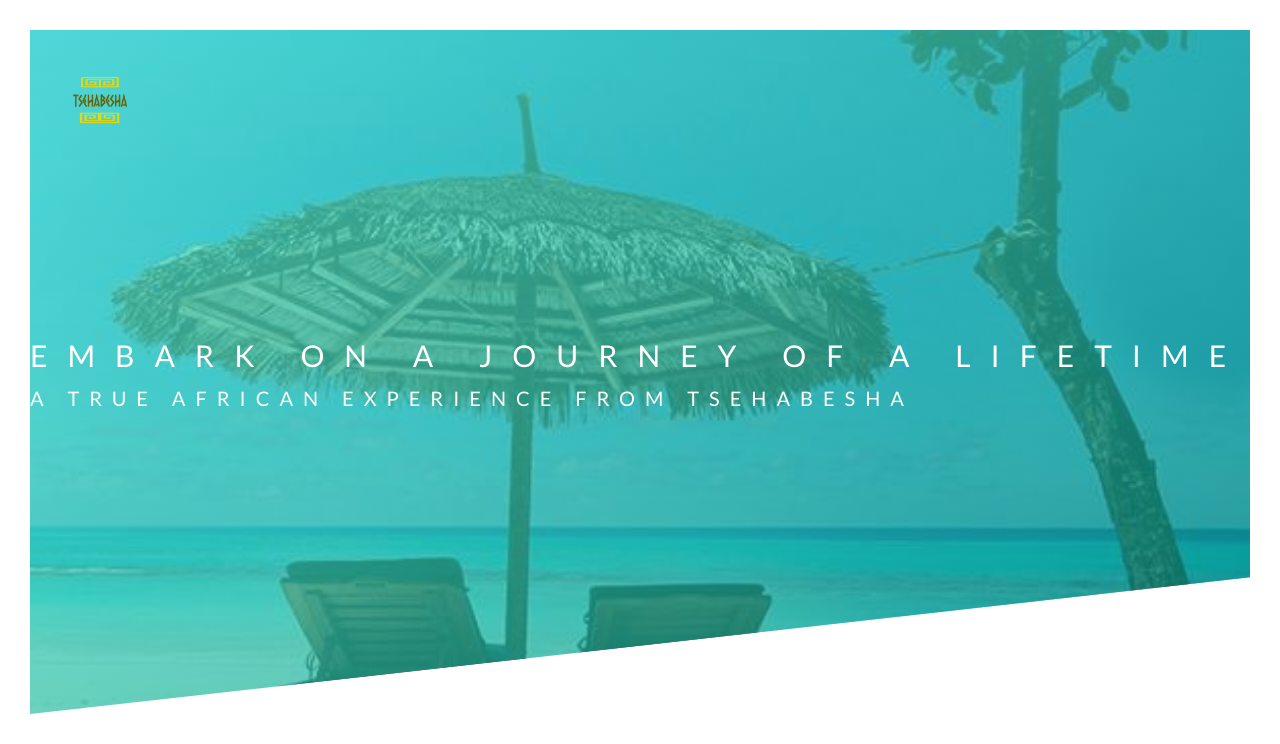
Repository: Azariagmt/tour-and-travel
Page: index.html
An editor plug-in stored every save of this project. The page is shown before and after a run of saves, followed by the edit.
The browser window is 1280 px wide. The pictures show the whole page.

Above is the page before, as saved 2020-03-24 17:10:47.

### index.html
<!DOCTYPE html>
<!--[if lt IE 7]>      <html class="no-js lt-ie9 lt-ie8 lt-ie7"> <![endif]-->
<!--[if IE 7]>         <html class="no-js lt-ie9 lt-ie8"> <![endif]-->
<!--[if IE 8]>         <html class="no-js lt-ie9"> <![endif]-->
<!--[if gt IE 8]><!--> <html class="no-js"> <!--<![endif]-->
    <head>
        <meta charset="utf-8">
        <meta http-equiv="X-UA-Compatible" content="IE=edge">
        <title></title>
        <meta name="description" content="">
        <meta name="viewport" content="width=device-width, initial-scale=1">
        <link href="https://fonts.googleapis.com/css?family=Lato&display=swap" rel="stylesheet">
        <link rel="stylesheet" href="css/style.css">
    </head>
    <body>
        <!--[if lt IE 7]>
            <p class="browsehappy">You are using an <strong>outdated</strong> browser. Please <a href="#">upgrade your browser</a> to improve your experience.</p>
        <![endif]-->
        <header class="header">
            <div class="logo-box">
                <img src="img/tsehabesha-logo.png" alt="Logo" class="logo">
            </div>
            <div class="text-box">
                <h1 class="heading-primary">
                    <span class="heading-primary-main">
                        embark on a journey of a lifetime
                    </span>
                    <span class="heading-primary-sub">
                        a true african experience from tsehabesha
                    </span>
                </h1>
            </div>
        </header>
        <script src="" async defer></script>
    </body>
</html>

### css/style.css
* {
  margin: 0;
  padding: 0;
  box-sizing: border-box;
}

body {
  font-family: "Lato", sans-serif;
  font-weight: 400;
  font-size: 16px;
  line-height: 1.7;
  color: #777777;
  padding: 30px;
}

.header {
  height: 95vh;
  background-image: linear-gradient(to right bottom, #64ffdbb9, #00897bb9),
    url(../img/2.jpg);
  background-size: cover;
  background-position: top;
  clip-path: polygon(0 0, 100% 0, 100% 80%, 0% 100%);
  position: relative;
}

.logo-box {
  position: absolute;
  top: 40px;
  left: 40px;
}

.logo {
  height: 60px;
}
.text-box {
  position: absolute;
  top: 50%;
  transform: translate(0,-50%);
}
.heading-primary {
  color: white;
  text-transform: uppercase;
  /* line-height: 95vh; */
}

.heading-primary-main {
  display: block;
  font-size: 30px;
  font-weight: 400;
  letter-spacing: 20px;
}

.heading-primary-sub {
  display: block;
  font-size: 20px;
  font-weight: 400;
  letter-spacing: 10px;
}

After the next 2 saves:
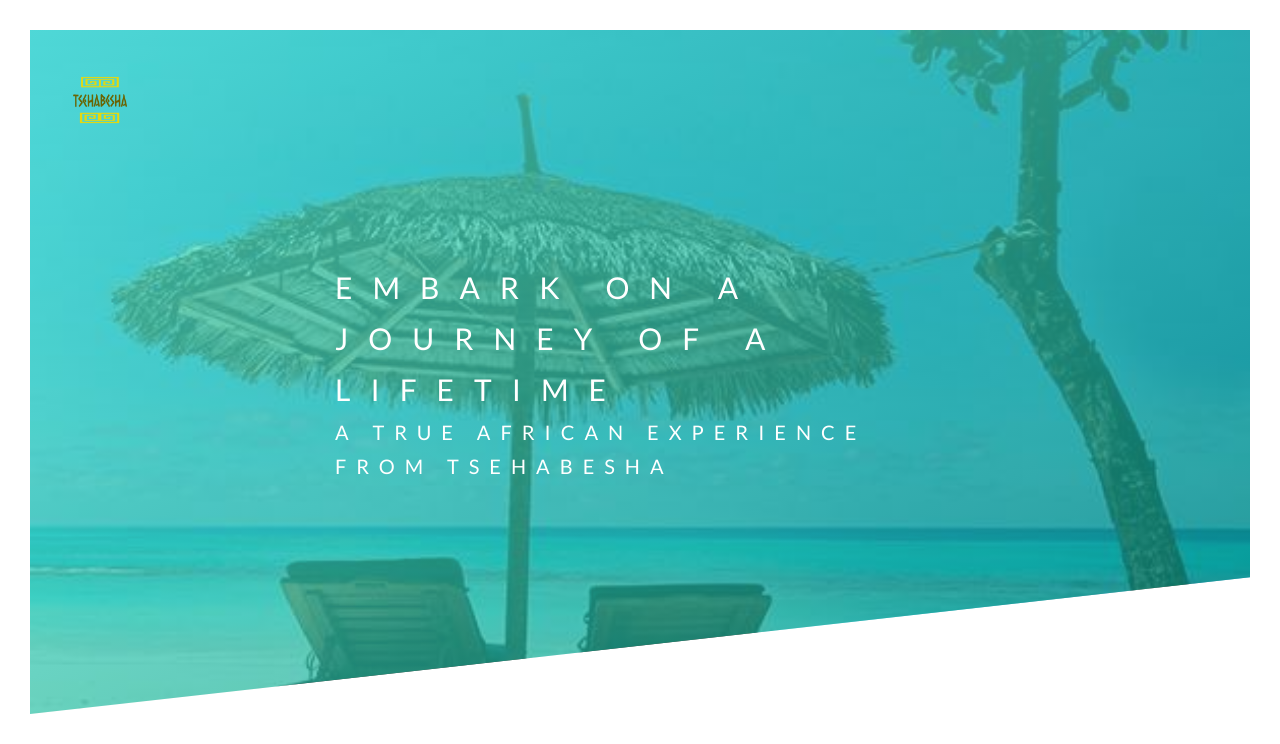
The 2 saves are shown as one change because they came seconds apart.
The last was saved 45 s later.
--- a/css/style.css
+++ b/css/style.css
@@ -35,7 +35,8 @@ body {
 .text-box {
   position: absolute;
   top: 50%;
-  transform: translate(0,-50%);
+  left: 50%;
+  transform: translate(-50%,-50%);
 }
 .heading-primary {
   color: white;
